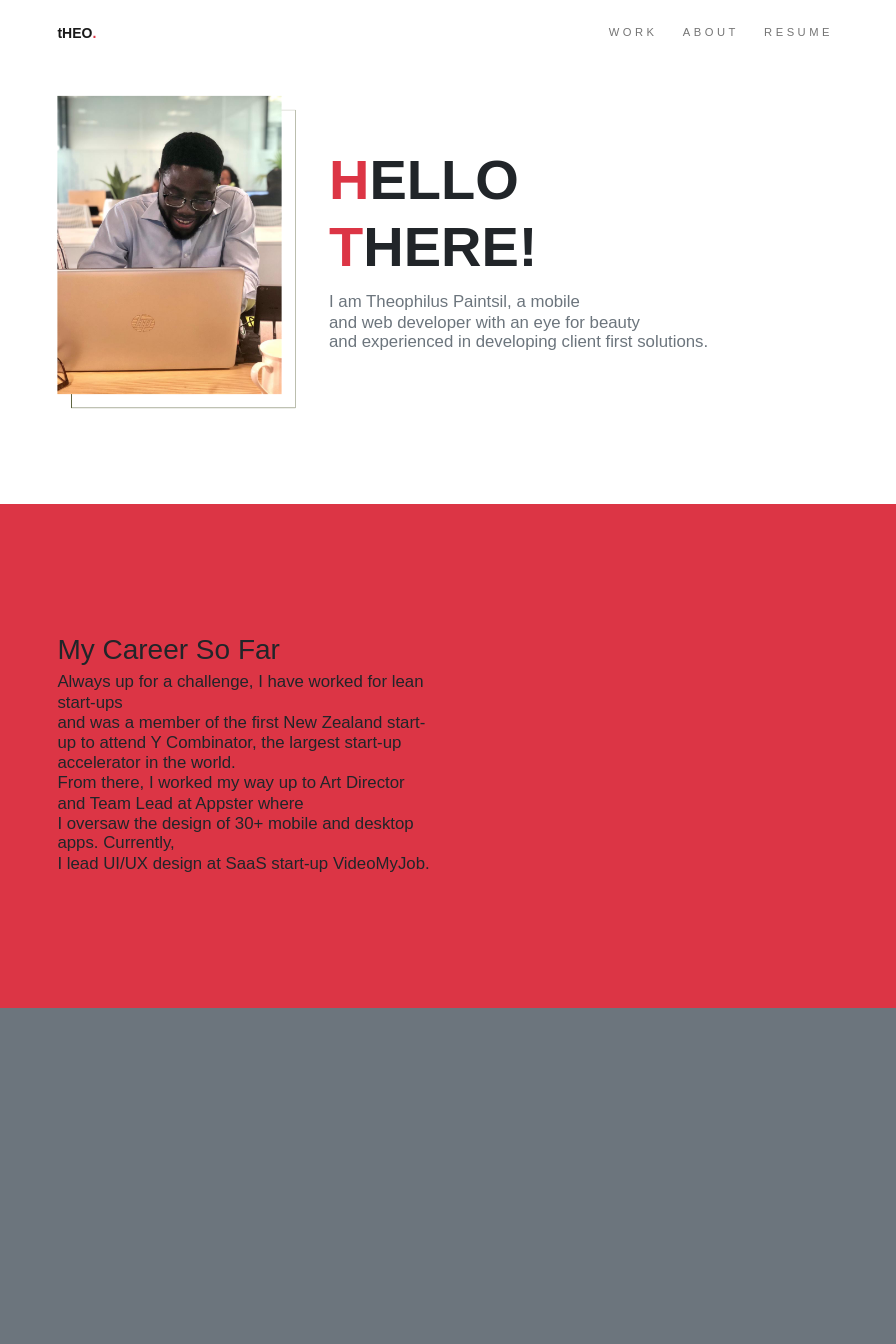
Repository: tHEO2k17/portfolio
Page: /
The author's editor kept a copy of each file at every save. The page is drawn from the files as they stood at one save, then again after the next save.
The browser window is 1280 px wide. The pictures show the part of the page from y = 0 to 1920 px (the page is 3000 px tall), at 70% of full size.
The project was rebuilt for these pictures with package versions that can differ from the ones it lists, and the page was loaded fresh each time.

Above is the page before, as saved 2021-07-22 10:14:56.

After the next save:
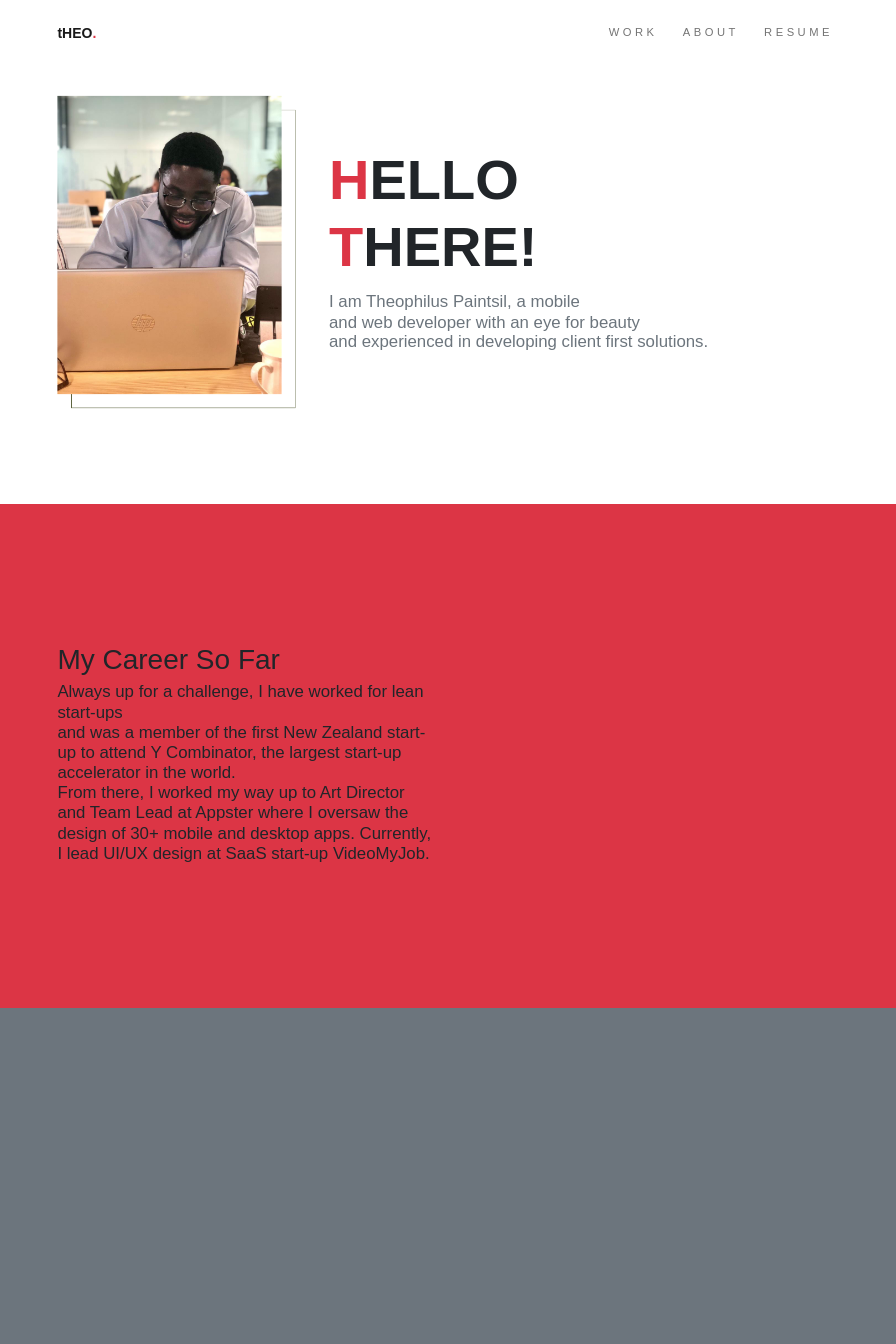
Saved 21 s later.
--- a/src/presentation/pages/HomePage.tsx
+++ b/src/presentation/pages/HomePage.tsx
@@ -48,7 +48,7 @@ export default function HomePage() {
                                 Always up for a challenge, I have worked for lean start-ups<br />
                                 and was a member of the first New Zealand start-up to attend Y Combinator,
                                 the largest start-up accelerator in the world. <br />
-                                From there, I worked my way up to Art Director and Team Lead at Appster where <br />
+                                From there, I worked my way up to Art Director and Team Lead at Appster where
                                 I oversaw the design of 30+ mobile and desktop apps. Currently, <br />
                                 I lead UI/UX design at SaaS start-up VideoMyJob.
                             </h4>
